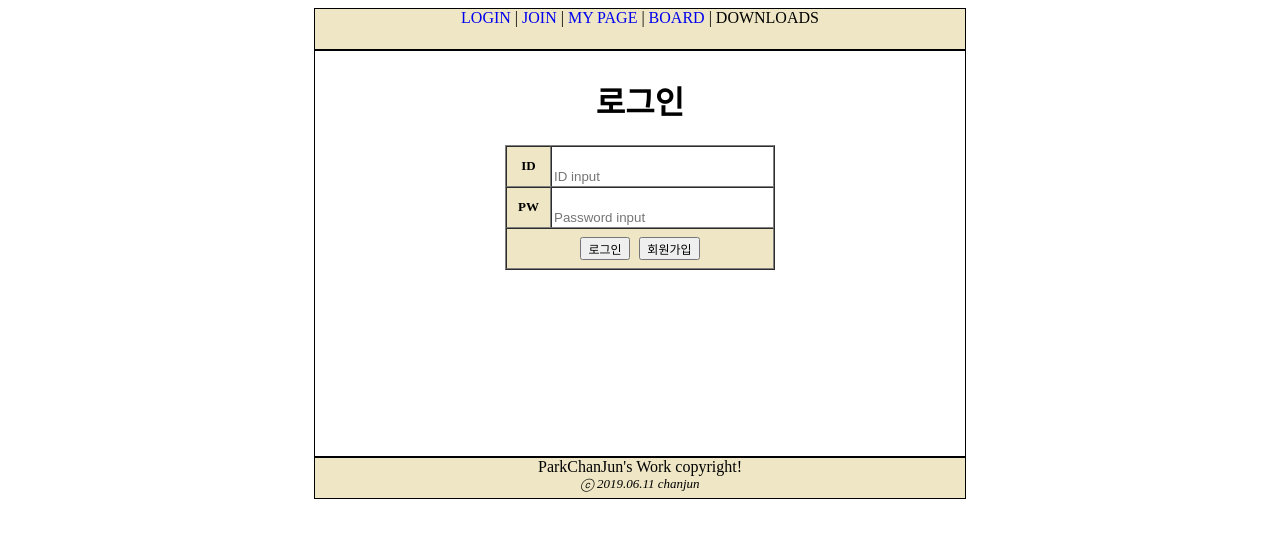
Repository: slolee/Spring-Board
Page: http://localhost/spring_project/WEB-INF/views/member/loginView.jsp
The author's editor kept a copy of each file at every save. The page is drawn from the files as they stood at one save, then again after the next save.
The browser window is 1280 px wide. The pictures show the whole page.
The page is served by Tomcat 9. Nobody is signed in. Other server files are loaded and not shown. The template is opened directly, without the code that normally fills it, so the values that code supplies are empty.

Above is the page before, as saved 2019-06-17 02:40:47.

### spring_project/src/main/webapp/WEB-INF/views/member/loginView.jsp
<%@ page language="java" contentType="text/html; charset=UTF-8"
    pageEncoding="UTF-8"%>
<jsp:include page="../layout/header.jsp">
	<jsp:param name="title" value="Login Page!"/>
</jsp:include>

	<!-- 로그인 창 -->
	<h1> 로그인 </h1>
	<form action="loginLogic.do" method="post">
		<table border=1 cellpadding="2" cellspacing="0" align="center" width="270px" height="120px">
			<tr>
				<th width="45px">ID</th>
				<td>
					<input type="text" name="id" placeholder="ID input" maxlength="15" size="25" required>
				</td>
			</tr>
			<tr>
				<th width="45px">PW</th>
				<td>
					<input type="password" name="pw" placeholder="Password input" maxlength="20" size="25" required>
				</td>
			</tr>
			<tr>
				<th colspan="2" align="center" height="35px">
					<input type="submit" value="로그인"> &nbsp;
					<input type="button" value="회원가입" onclick="location.href='joinView.do'">
				</th>
			</tr>

		</table>

	</form>
<%@ include file = "../layout/footer.jsp" %>

### spring_project/src/main/webapp/WEB-INF/views/layout/footer.jsp
<%@ page language="java" contentType="text/html; charset=UTF-8"
    pageEncoding="UTF-8"%>
		</div>
		<div id="footer" align="center">
			ParkChanJun's Work copyright! <br>
			<i><font size="2">ⓒ 2019.06.11 chanjun</font></i>
		</div>
	</div>
</body>
</html>

### spring_project/src/main/webapp/WEB-INF/views/layout/header.jsp
<%@ page language="java" contentType="text/html; charset=UTF-8"
    pageEncoding="UTF-8"%>
<%@ taglib prefix="c" uri="http://java.sun.com/jsp/jstl/core" %>
<%
	request.setCharacterEncoding("UTF-8");
	String title = request.getParameter("title");
	if(title == null)
		title = "My Homepage";
%>
<!DOCTYPE html PUBLIC "-//W3C//DTD HTML 4.01 Transitional//EN" "http://www.w3.org/TR/html4/loose.dtd">
<html>
<head>
	<meta http-equiv="Content-Type" content="text/html; charset=UTF-8">
	<title><%= title %></title>
	<style>
		#header, #footer{
			background-color: #EEE6C4;
			font-family: "HY울릉도M";
			border: 1px solid black;
			width: 650px;
			height: 40px;
		}
		#main{
			border: 1px solid black;
			width: 650px;
			min-height: 400px;
			padding-top: 5px;
		}
		a{
			text-decoration: none;
		}

		input[type=button], input[type=submit], input[type=reset]{
			font-size: 9pt;
		}

		input[type="text"], input[type="password"], textarea{
			border: 0px;
			padding: 20px 0px 0px 0px;
		}

		table{
			font-size: small;
		}

		th{
			background-color: #EEE6C4;
		}

		td{
			background-color: #FFFFFF;
		}

	</style>
</head>
<body>
	<div align="center">
		<div id="header" align="center">
			<c:choose>
				<c:when test="${ sessionScope.login_id == null }">
					<a href="loginView.do">LOGIN</a> |
					<a href="joinView.do">JOIN</a> |
				</c:when>
				<c:otherwise>
					${ sessionScope.login_nickname } |
					<a href="logoutLogic.do">LOGOUT</a> |
				</c:otherwise>
			</c:choose>

			<a href="mypageView.do">MY PAGE</a> |
			<a href="boardView.do">BOARD</a> |
			DOWNLOADS
		</div>
		<div id="main" align="center">

After the next save:
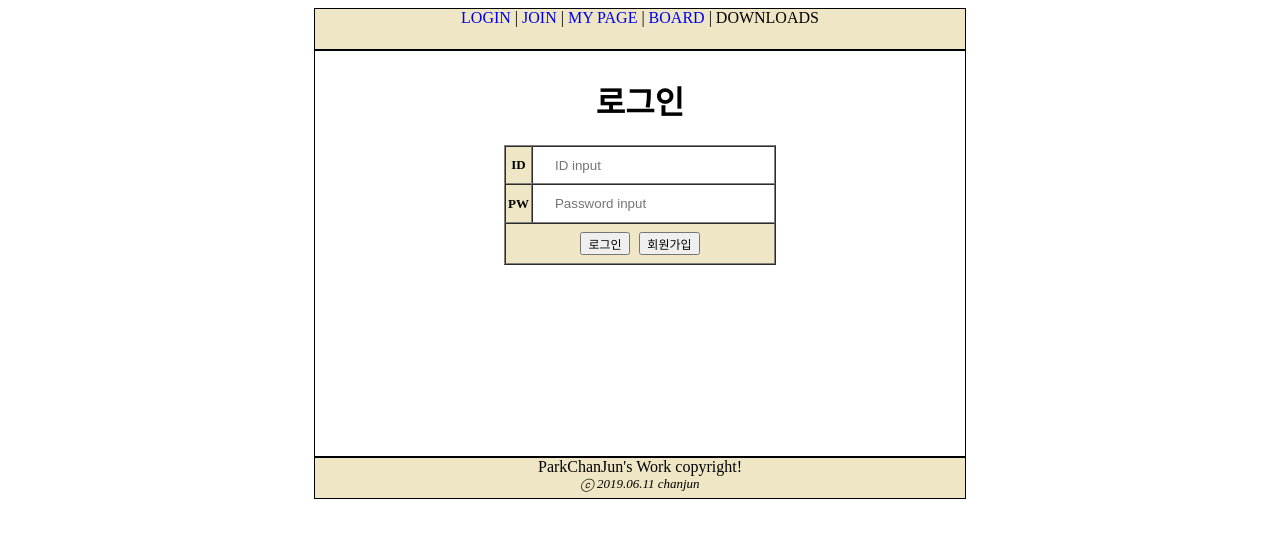
Saved 11 s later.
--- a/spring_project/src/main/webapp/WEB-INF/views/layout/header.jsp
+++ b/spring_project/src/main/webapp/WEB-INF/views/layout/header.jsp
@@ -36,7 +36,7 @@
 
 		input[type="text"], input[type="password"], textarea{
 			border: 0px;
-			padding: 20px 0px 0px 0px;
+			padding: 0px 0px 0px 20px;
 		}
 
 		table{
